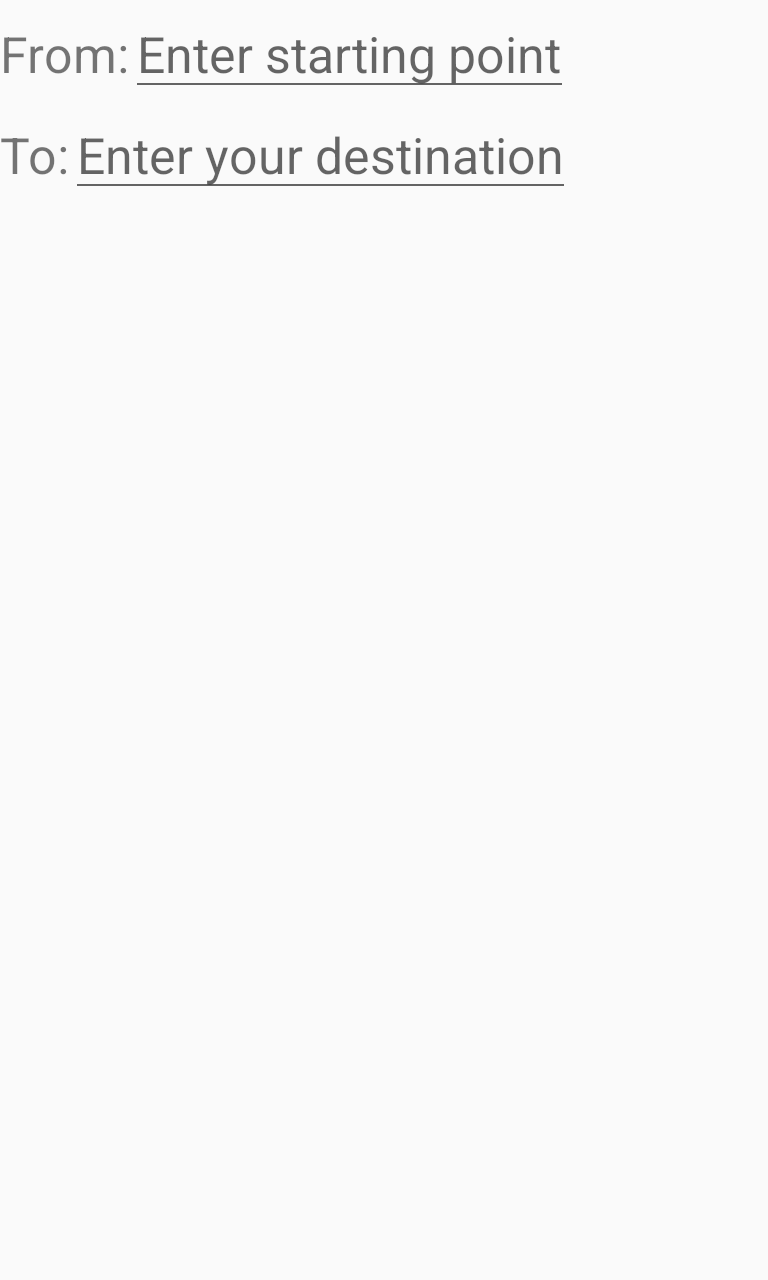
Repository: TewodrosT/LiLY
Layout: TransportationLily/res/layout/activity_main.xml
The author's editor kept a copy of each file at every save. The layout is drawn from the files as they stood at one save, then again after a run of saves.
It is drawn on a 768 x 1280 px phone screen (xhdpi) without system bars, with theme AppTheme; the app's code is not run.

Above is the layout before, as saved 2014-08-05 16:52:07.

### TransportationLily/res/layout/activity_main.xml
<LinearLayout xmlns:android="http://schemas.android.com/apk/res/android"
    xmlns:tools="http://schemas.android.com/tools"
    android:layout_width="match_parent"
    android:layout_height="match_parent"
    android:orientation= "vertical"
    tools:context="com.example.transportationlily.MainActivity" >

    <LinearLayout
    android:layout_width="wrap_content"
    android:layout_height="wrap_content"
    android:orientation= "horizontal" >


    <TextView
        android:textSize="25sp"
        android:layout_width="wrap_content"
        android:layout_height="wrap_content"
        android:text="@string/starting_point" />

    <EditText
        android:id="@+id/from"
        android:textSize="25sp"
        android:layout_width="0dp"
        android:layout_weight="1"
        android:layout_height="wrap_content"
        android:hint="@string/starting_location" /> </LinearLayout>

    <LinearLayout
    android:layout_width="wrap_content"
    android:layout_height="wrap_content"
    android:orientation= "horizontal" >


    <TextView
        android:textSize="25sp"
        android:layout_width="wrap_content"
        android:layout_height="wrap_content"
        android:text="@string/destination_point" />

    <EditText
        android:textSize="25sp"
        android:id="@+id/to"
        android:layout_width="0dp"
        android:layout_weight="1"
        android:layout_height="wrap_content"
        android:hint="@string/ending_location" /> </LinearLayout>




</LinearLayout>

### TransportationLily/res/values/strings.xml
<?xml version="1.0" encoding="utf-8"?>
<resources>

    <string name="app_name">TransportationLily</string>
    <string name="hello_world">Hello world!</string>
    <string name="action_settings">Settings</string>
    <string name= "starting_point">From: </string>
    <string name="starting_location">Enter starting point</string>
    <string name= "destination_point">To: </string>
    <string name="ending_location">Enter your destination</string>


</resources>

Loaded but not shown: TransportationLily/res/values/styles.xml (common file); TransportationLily/res/values-v11/styles.xml (common file); TransportationLily/res/values-v14/styles.xml (common file)

After the next 6 saves:
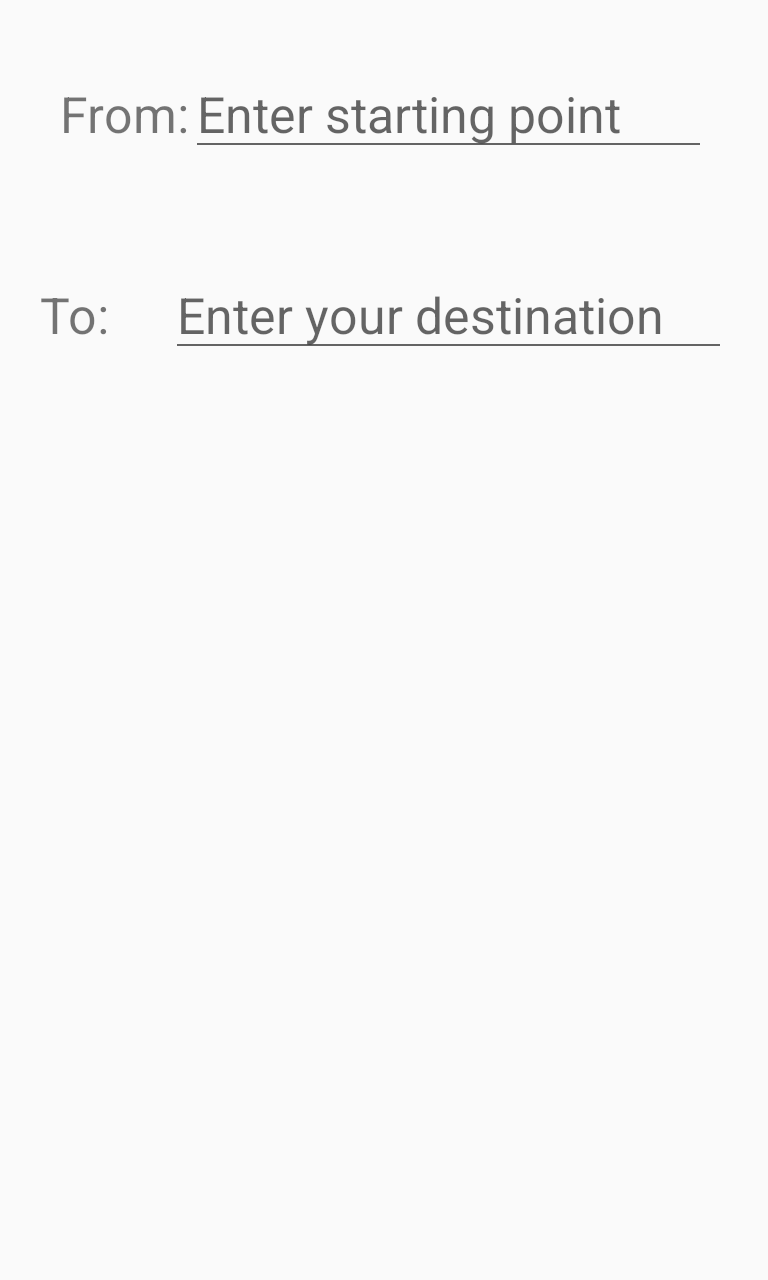
The 6 saves are shown as one change because 5 did not build or start.
The last was saved 16 min 14 s later.
--- a/TransportationLily/res/layout/activity_main.xml
+++ b/TransportationLily/res/layout/activity_main.xml
@@ -5,12 +5,14 @@
     android:orientation= "vertical"
     tools:context="com.example.transportationlily.MainActivity" >
 
-    <LinearLayout
-    android:layout_width="wrap_content"
-    android:layout_height="wrap_content"
-    android:orientation= "horizontal" >
+    <TableLayout
+    android:layout_width="match_parent"
+    android:layout_height="match_parent" >
 
-
+    <TableRow
+        android:width="wrap_content"
+        android:layout_height="wrap_content"
+        android:layout_margin="30sp">
     <TextView
         android:textSize="25sp"
         android:layout_width="wrap_content"
@@ -23,13 +25,12 @@
         android:layout_width="0dp"
         android:layout_weight="1"
         android:layout_height="wrap_content"
-        android:hint="@string/starting_location" /> </LinearLayout>
-
-    <LinearLayout
-    android:layout_width="wrap_content"
-    android:layout_height="wrap_content"
-    android:orientation= "horizontal" >
-
+        android:hint="@string/starting_location" />
+     </TableRow>
+    <TableRow
+    android:width="wrap_content"
+        android:layout_height="wrap_content"
+        android:layout_margin="20sp">
 
     <TextView
         android:textSize="25sp"
@@ -43,7 +44,9 @@
         android:layout_width="0dp"
         android:layout_weight="1"
         android:layout_height="wrap_content"
-        android:hint="@string/ending_location" /> </LinearLayout>
+        android:hint="@string/ending_location" />
+    </TableRow>
+     </TableLayout>
 
 
 
